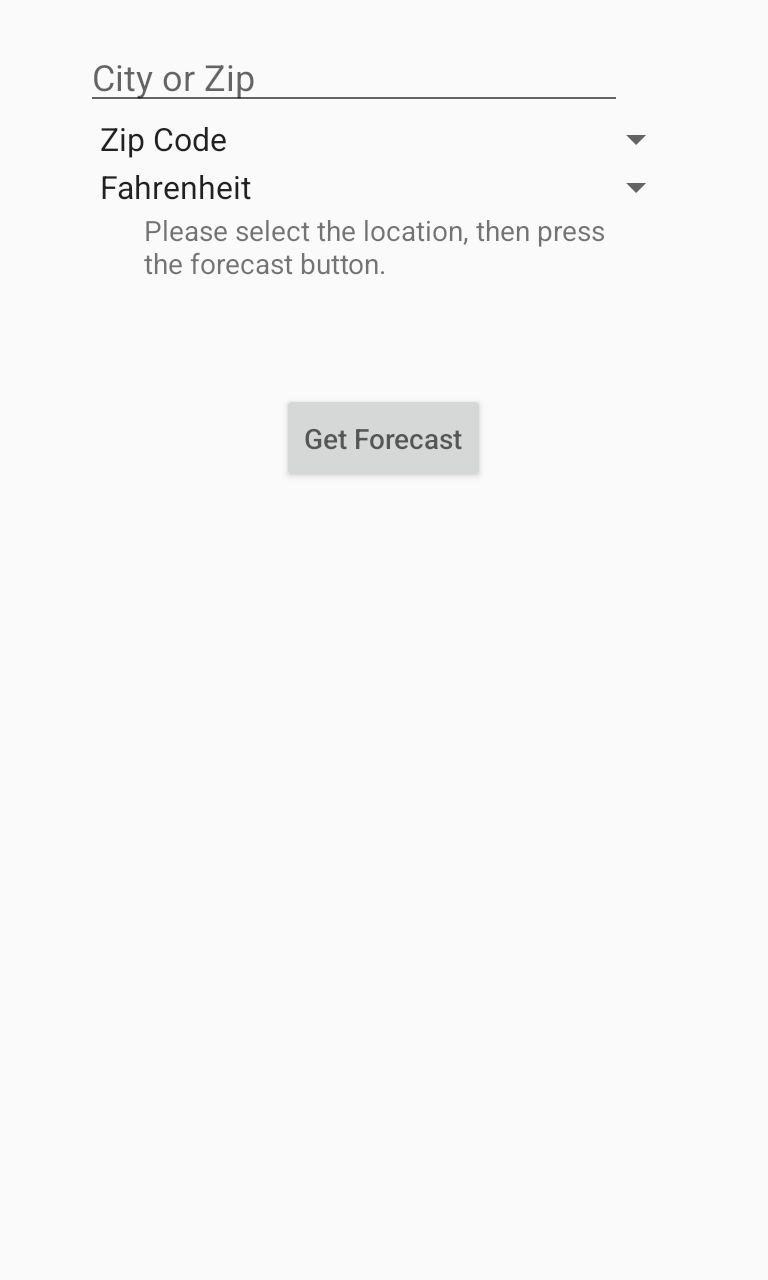
Repository: g80349/Java1
Layout: Week3/Weather/res/layout/activity_main.xml
These files come from the project's save history. The layout is drawn as it stood at one moment and after the next save; the edit follows.
It is drawn on a 768 x 1280 px phone screen (xhdpi) without system bars, with theme AppTheme; the app's code is not run.

Above is the layout before, as saved 2014-04-16 19:37:13.

After the next save:
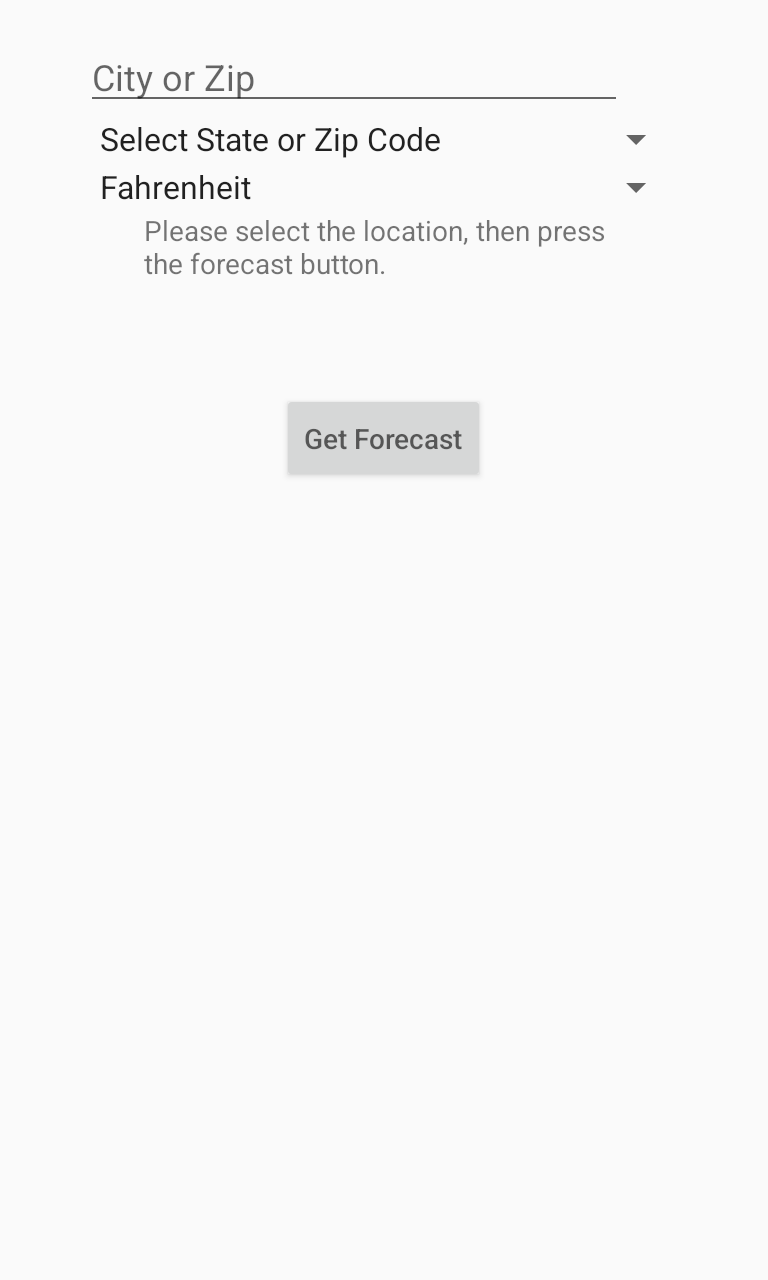
Saved 4 min 18 s later.
--- a/Week3/Weather/res/values/strings.xml
+++ b/Week3/Weather/res/values/strings.xml
@@ -7,6 +7,7 @@
 
     <string name="cityText">City or Zip</string>
     <string-array name="state_array">
+        <item>Select State or Zip Code</item>
         <item>Zip Code</item>
         <item>AL</item>
         <item>AK</item>
